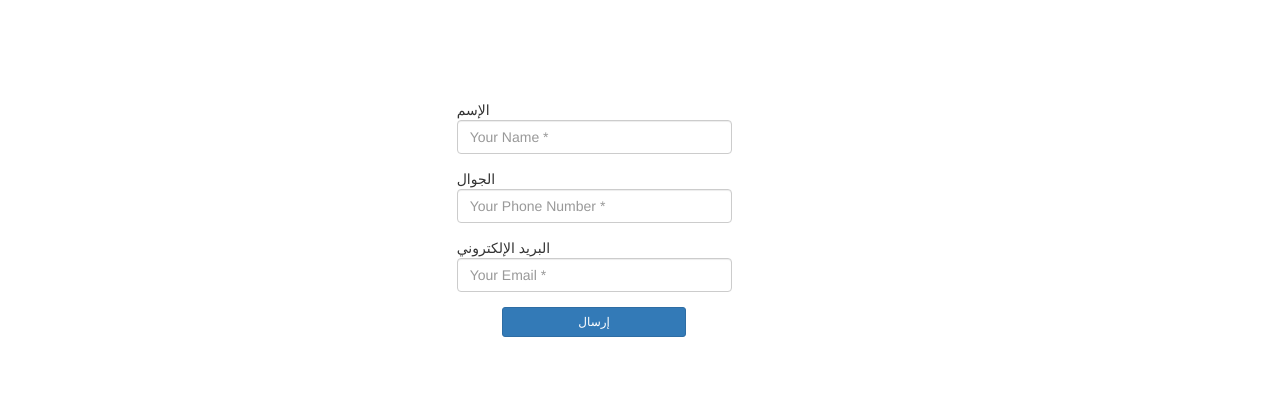
Repository: Abdaljawad-Aya/Itbeep-task
Page: http://localhost/form-user
The author's editor kept a copy of each file at every save. The page is drawn from the files as they stood at one save, then again after the next save.
The browser window is 1280 px wide. The pictures show the whole page.
The page is served by the project's Laravel application, run on PHP 8.4 with Laravel 8. Other server files are loaded and not shown.

Above is the page before, as saved 2021-03-07 17:22:29.

### singlePageApp/routes/web.php
<?php

use Illuminate\Support\Facades\Route;

/*
|--------------------------------------------------------------------------
| Web Routes
|--------------------------------------------------------------------------
|
| Here is where you can register web routes for your application. These
| routes are loaded by the RouteServiceProvider within a group which
| contains the "web" middleware group. Now create something great!
|
*/

Route::get('/', function () {
    return view('welcome');
});

Route::get('form-user', 'formController@form');
Route::post('form-user', ['as' => 'users.store', 'uses' => 'formController@formSaveData']);

### singlePageApp/app/Http/Controllers/formController.php
<?php

namespace App\Http\Controllers;

use Illuminate\Support\Facades\Mail;

use Illuminate\Http\Request;
use App\Mail\formUser;
use App\form;

class formController extends Controller
{
    /**
     * Show the application
     *
     * @return \Illuminatey\Http\Response
     */

    public function form()
    {
        return view('form-user');
    }

    /**
     * Show the application
     *
     * @return \Illuminatey\Http\Response
     */

    public function formSaveData(Request $request)

    {
        $this->validate($request, [
            'name'   => 'required',
            'email'  => 'required|email',
            'mobile' => 'required',
        ]);

        form::create($request->all());
        Mail::send(
            'form-user',
            array(
                'name'   => $request->get('name'),
                'mobile' => $request->get('mobile'),
                'email'  => $request->get('email'),
            ),
            function ($message) use ($request) {
                $message->from('abdaljawad.ayah94@gmail.com');
                $message->to($request->email, 'Admin')->subject($request->get('subject'));
            }
        );
        return back()->with('success', 'Thanks for contact us!');
    }
}

### singlePageApp/resources/views/form-user.blade.php
<!DOCTYPE html>
<html lang="en">
<head>
    <meta charset="UTF-8">
    <meta name="viewport" content="width=device-width, initial-scale=1.0">
    <meta http-equiv="X-UA-Compatible" content="ie=edge">
    <link rel="stylesheet" href="https://maxcdn.bootstrapcdn.com/bootstrap/3.4.1/css/bootstrap.min.css">

    <script src="https://ajax.googleapis.com/ajax/libs/jquery/3.5.1/jquery.min.js"></script>

    <script src="https://maxcdn.bootstrapcdn.com/bootstrap/3.4.1/js/bootstrap.min.js"></script>
    <link rel="stylesheet" href="../views/css/style.css">
    <title>Form</title>
</head>
<body>
   <div class="container contact-form col-lg-6 col-md-offset-4" style="margin-top:100px;">
     @if (session('status'))
       <div class="alert alert-success">
           {{ session('status')}}
       </div>
    @endif
    @if (session('warning'))
    <div class="alert alert-warning">
        {{session('warning')}}
    </div>
    @endif

    <form method="POST" action ="{{ route('users.store')}}">
     {{ csrf_field()}}

     <div class="col-md-6">

        {{-- NAME --}}
         <div class="form-group {{ $errors->has('name') ? ' has-error' : '' }}">
                الإسم
            <input type="text" name="name" class="form-control" placeholder="Your Name *" required/>
             @if ($errors->has('name'))
                 <span class="help-block">
                     <strong>
                         {{ $errors->first('name')}}
                     </strong>
                 </span>
             @endif
         </div>


        {{-- MOBILE --}}

        <div class="form-group" {{$errors->has('mobile') ? 'has-error' : ''}}>
            الجوال
         <input type="text" name="mobile" class="form-control" placeholder="Your Phone Number *" required/>

         @if ($errors->has('mobile'))
             <span class="help-block">
                 <strong>
                     {{ $errors->first('mobile')}}
                 </strong>
             </span>
         @endif
        </div>
         {{-- EMAIL --}}
         <div class="form-group" {{$errors->has('email') ? 'has-error' : ''}}>
            البريد الإلكتروني
          <input type="email" name="email" class="form-control" placeholder="Your Email *" required />

            @if ($errors->has('email'))
            <span class="help-block">
                <strong>
                    {{ $errors->first('email')}}
                </strong>
            </span>
            @endif
        </div>

        <div class="form-group">

            <input type="submit" name="btnSubmit" class="btn btn-primary btn-square btn-sm col-lg-8 col-md-offset-2" value="إرسال">
        </div>
     </div>
    </form>
</div>
</body>
</html>

Loaded but not shown: singlePageApp/app/Http/Controllers/Controller.php (common file)

After the next save:
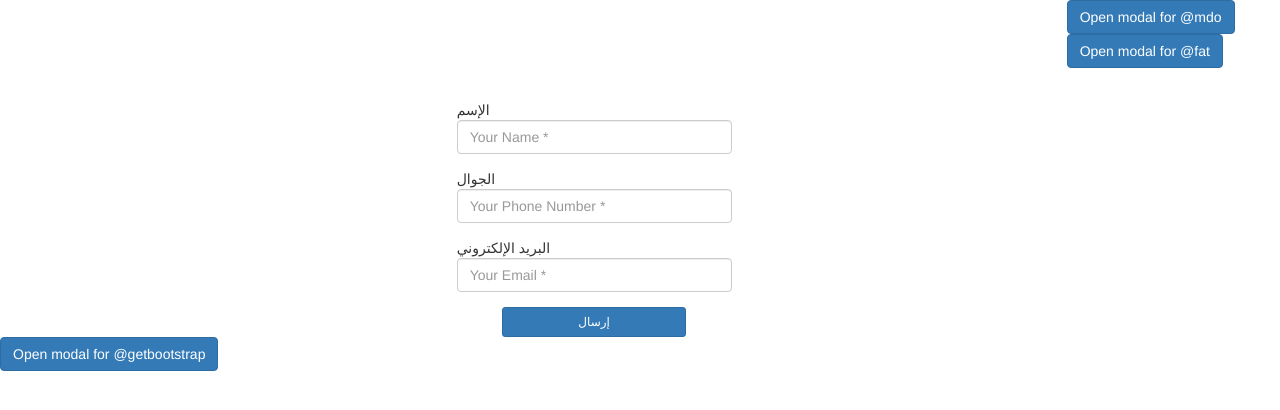
Saved 18 min 49 s later.
--- a/singlePageApp/resources/views/form-user.blade.php
+++ b/singlePageApp/resources/views/form-user.blade.php
@@ -79,5 +79,37 @@
      </div>
     </form>
 </div>
+<button type="button" class="btn btn-primary" data-toggle="modal" data-target="#exampleModal" data-whatever="@mdo">Open modal for @mdo</button>
+<button type="button" class="btn btn-primary" data-toggle="modal" data-target="#exampleModal" data-whatever="@fat">Open modal for @fat</button>
+<button type="button" class="btn btn-primary" data-toggle="modal" data-target="#exampleModal" data-whatever="@getbootstrap">Open modal for @getbootstrap</button>
+
+<div class="modal fade" id="exampleModal" tabindex="-1" role="dialog" aria-labelledby="exampleModalLabel" aria-hidden="true">
+  <div class="modal-dialog" role="document">
+    <div class="modal-content">
+      <div class="modal-header">
+        <h5 class="modal-title" id="exampleModalLabel">New message</h5>
+        <button type="button" class="close" data-dismiss="modal" aria-label="Close">
+          <span aria-hidden="true">&times;</span>
+        </button>
+      </div>
+      <div class="modal-body">
+        <form>
+          <div class="form-group">
+            <label for="recipient-name" class="col-form-label">Recipient:</label>
+            <input type="text" class="form-control" id="recipient-name">
+          </div>
+          <div class="form-group">
+            <label for="message-text" class="col-form-label">Message:</label>
+            <textarea class="form-control" id="message-text"></textarea>
+          </div>
+        </form>
+      </div>
+      <div class="modal-footer">
+        <button type="button" class="btn btn-secondary" data-dismiss="modal">Close</button>
+        <button type="button" class="btn btn-primary">Send message</button>
+      </div>
+    </div>
+  </div>
+</div>
 </body>
 </html>
